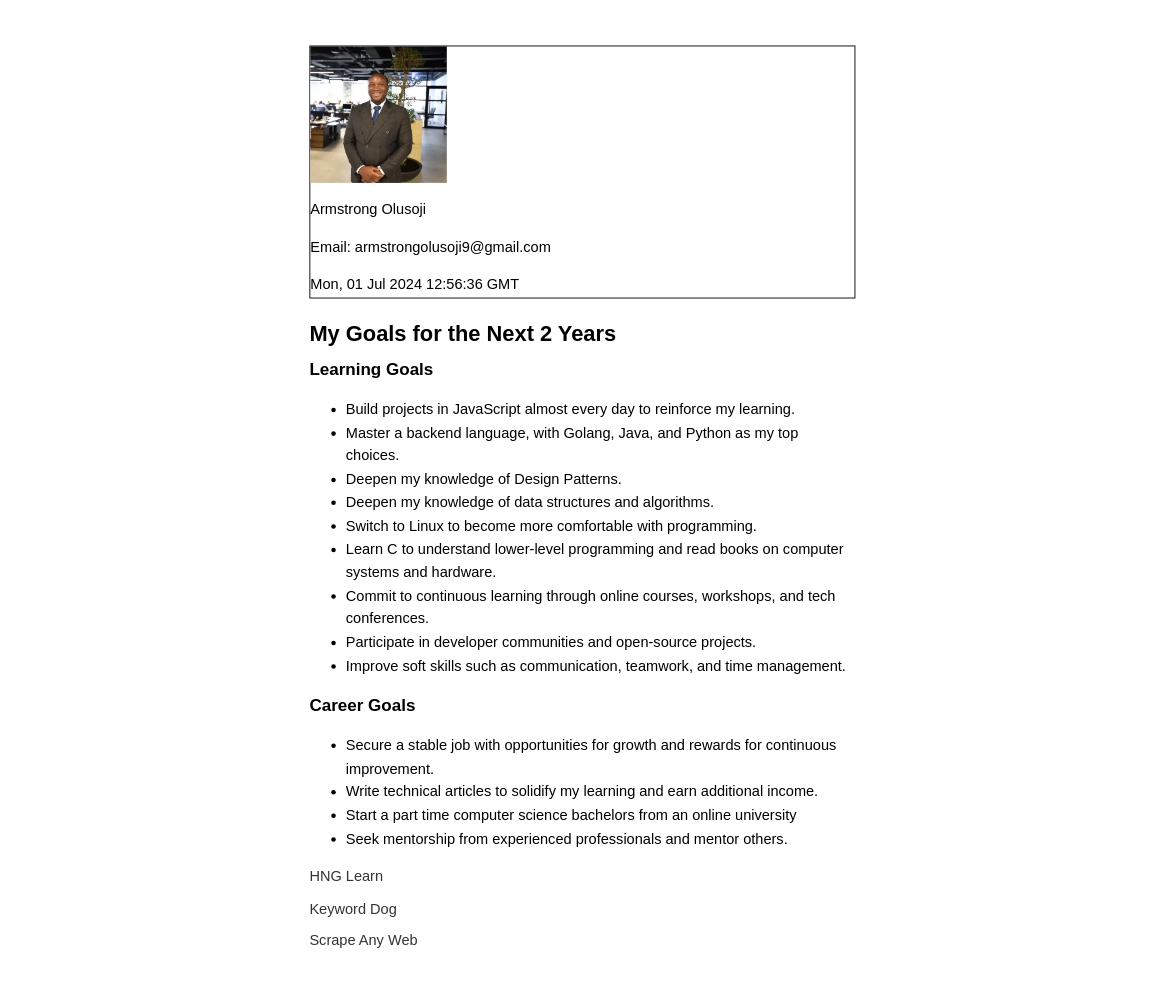
Repository: Armstrong2035/hng-project-one
Page: index.html
The author's editor kept a copy of each file at every save. The page is drawn from the files as they stood at one save, then again after the next save.
The browser window is 1280 px wide. The pictures show the whole page, at 91% of full size.

Above is the page before, as saved 2024-07-01 16:36:28.

After the next save:
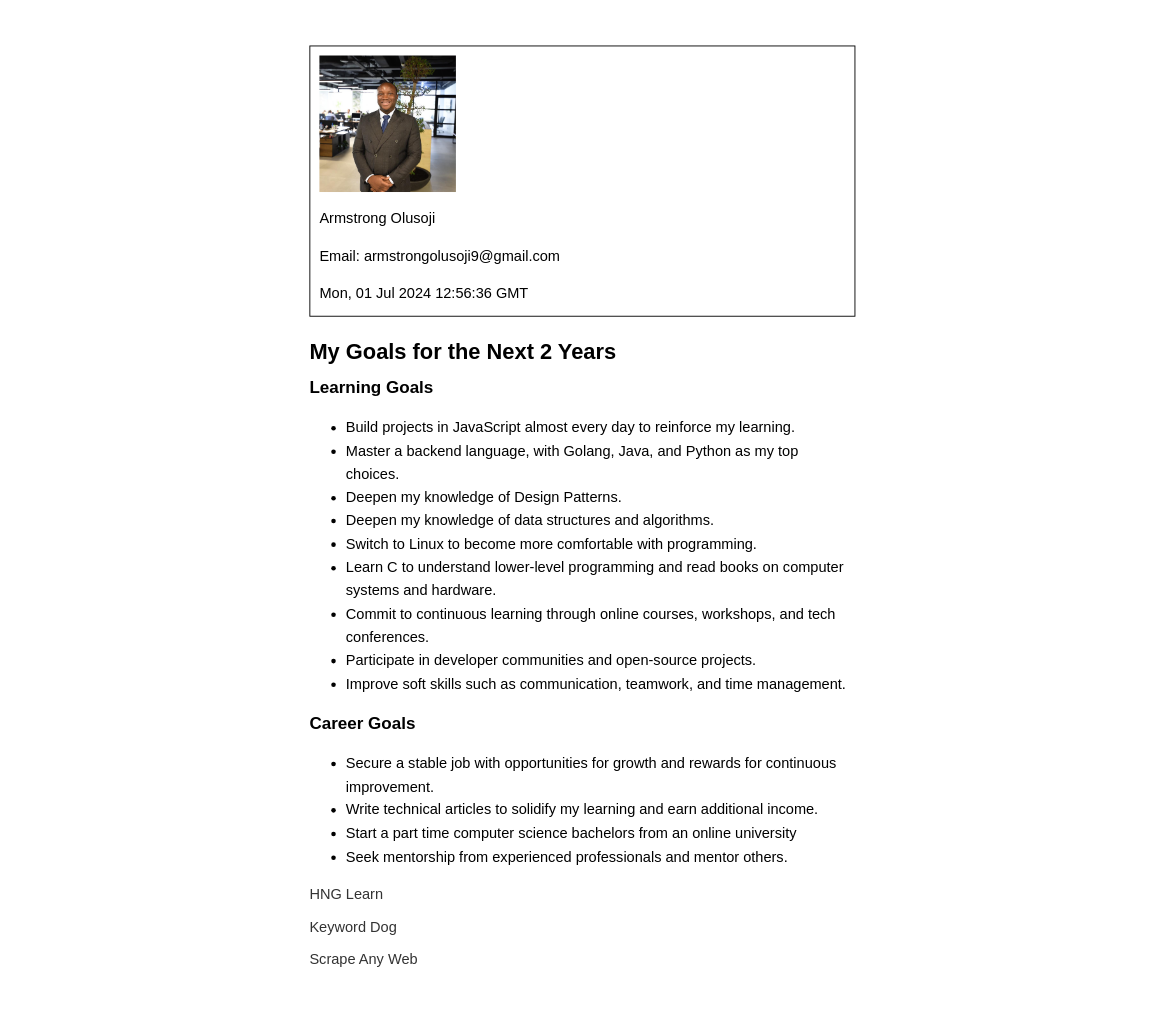
Saved 42 s later.
--- a/style.css
+++ b/style.css
@@ -17,6 +17,7 @@ body {
   flex-direction: column;
   align-items: flex-start;
   border: 1px solid black;
+  padding: 10px 10px;
 }
 
 .profile-picture {
